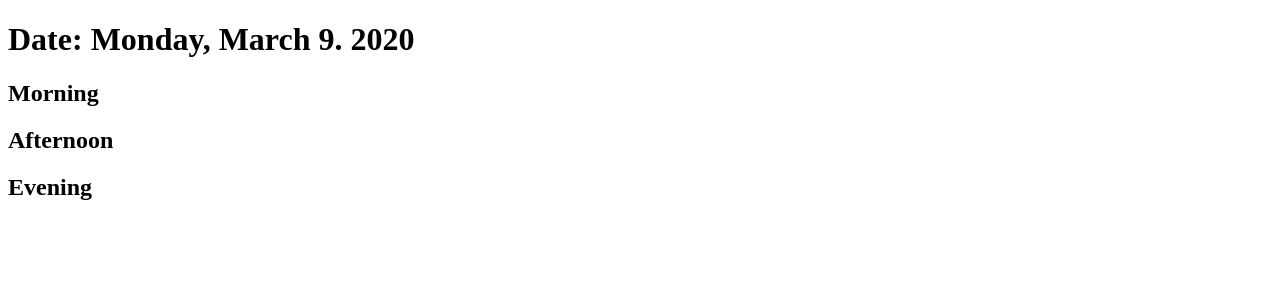
Repository: chocochocosensei/Mission-Exercises
Page: Page1/index old.html
The author's editor kept a copy of each file at every save. The page is drawn from the files as they stood at one save, then again after the next save.
The browser window is 1280 px wide. The pictures show the whole page.

Above is the page before, as saved 2020-03-09 12:56:34.

### Page1/index old.html
<!DOCTYPE html>
<html lang="en">
<head>
    <meta charset="UTF-8">
    <meta name="viewport" content="width=device-width, initial-scale=1.0">
    <title>My Diary</title>
</head>
<body>
    <h1>Date: Monday, March 9. 2020</h1>
    <p>

    </p>
        <h2>Morning</h2>
    <p>

    </p>
        <h2>Afternoon</h2>
    <p>

    </p>
        <h2>Evening</h2>
    <p>

    </p>


</body>
</html>

After the next save:
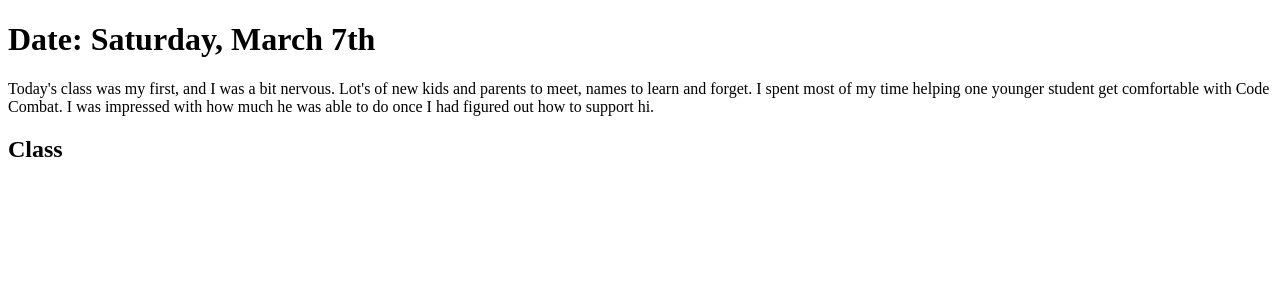
Saved 3 min 38 s later.
--- a/Page1/index old.html
+++ b/Page1/index old.html
@@ -1,28 +1,26 @@
 <!DOCTYPE html>
 <html lang="en">
+
 <head>
     <meta charset="UTF-8">
     <meta name="viewport" content="width=device-width, initial-scale=1.0">
     <title>My Diary</title>
 </head>
+
 <body>
-    <h1>Date: Monday, March 9. 2020</h1>
+    <h1>Date: Saturday, March 7th</h1>
+    <p>
+        Today's class was my first, and I was a bit nervous. Lot's of new kids and parents to meet, names to learn and forget. I spent most of my time helping one younger student get comfortable with Code Combat. I was impressed with how much he was able to do
+        once I had figured out how to support hi.
+    </p>
+    <h2>Class</h2>
     <p>
 
-    </p>
-        <h2>Morning</h2>
-    <p>
 
-    </p>
-        <h2>Afternoon</h2>
-    <p>
-
-    </p>
-        <h2>Evening</h2>
-    <p>
 
     </p>
 
 
 </body>
+
 </html>
